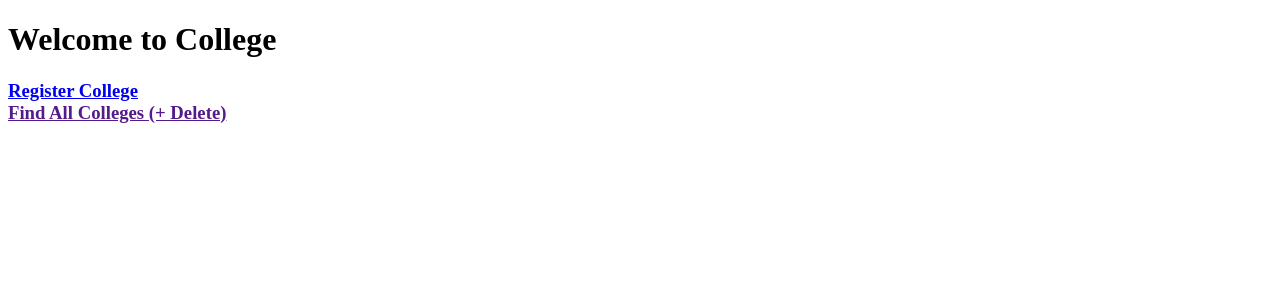
Repository: aamir5773/ServletJsp
Page: http://localhost/ProfessionalCollegee/
The author's editor kept a copy of each file at every save. The page is drawn from the files as they stood at one save, then again after the next save.
The browser window is 1280 px wide. The pictures show the whole page.
The page is served by Tomcat 9.

Above is the page before, as saved 2019-11-01 12:45:31.

After the next save:
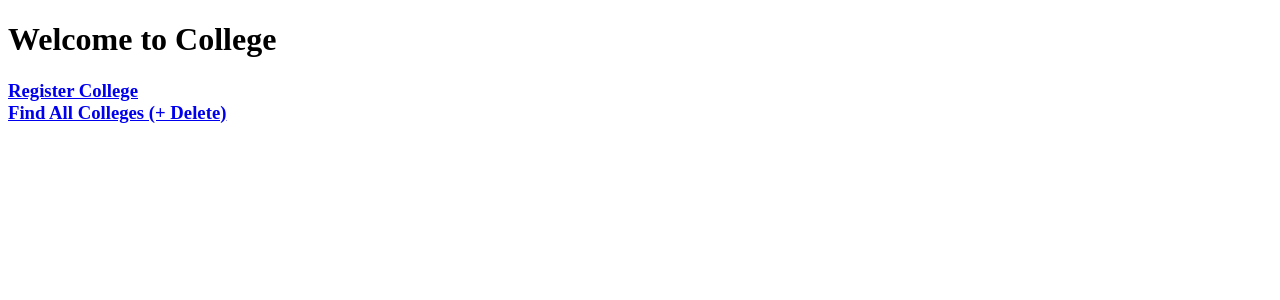
Saved 4 min 2 s later.
--- a/ProfessionalCollegee/WebContent/index.jsp
+++ b/ProfessionalCollegee/WebContent/index.jsp
@@ -10,8 +10,13 @@
 	<h1>Welcome to College</h1>
 	<h3>
 		<a href='Registercollege.jsp'>Register College</a> <br>
-		<a href=''>Find All Colleges (+ Delete)</a>
+		<a href='showCollege.view'>Find All Colleges (+ Delete)</a>
 	</h3>
+
+	<!-- <h3>
+		<a href='AddUser.jsp'>Add User</a>
+		<a href='showUsers.view'>Find All Users</a>
+	</h3> -->
 
 </body>
 </html>
